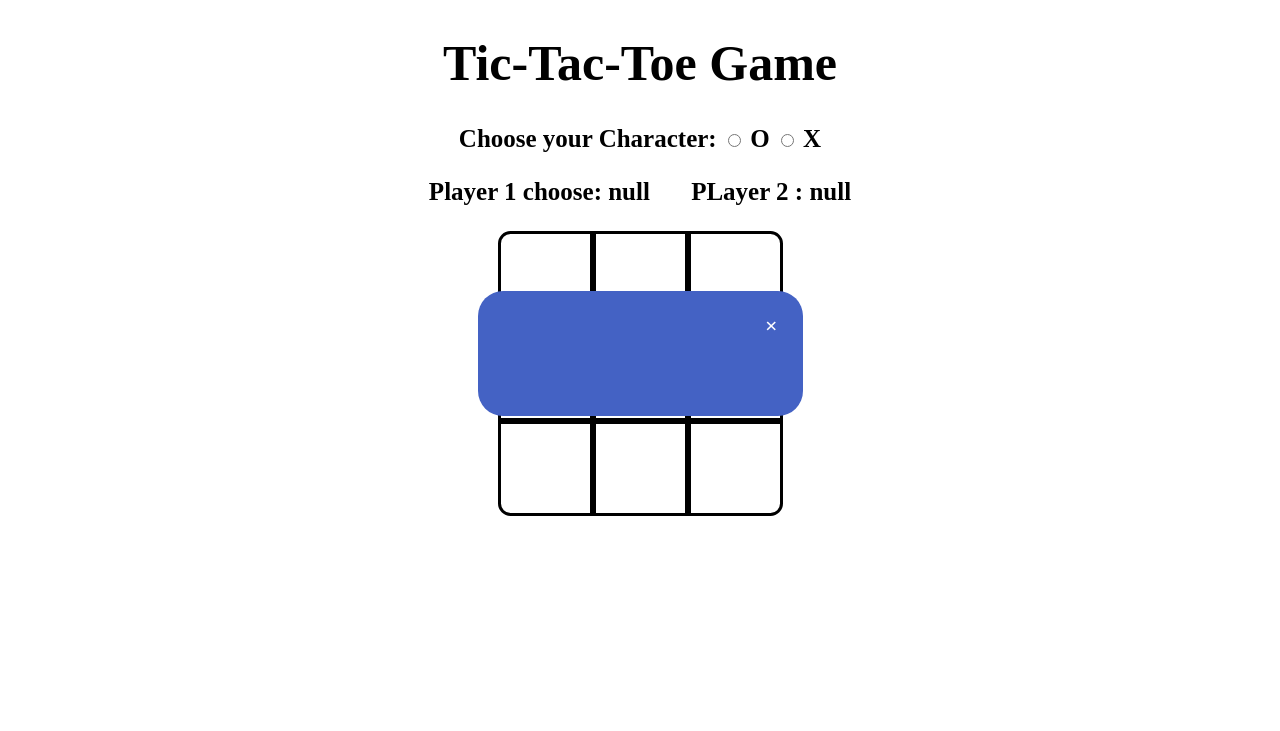
Repository: 0101chaitanya/Tic-Tac-Toe
Page: index.html
An editor plug-in stored every save of this project. The page is shown before and after a run of saves, followed by the edit.
The browser window is 1280 px wide. The pictures show the whole page.

Above is the page before, as saved 2021-06-12 12:15:41.

After the next 2 saves:
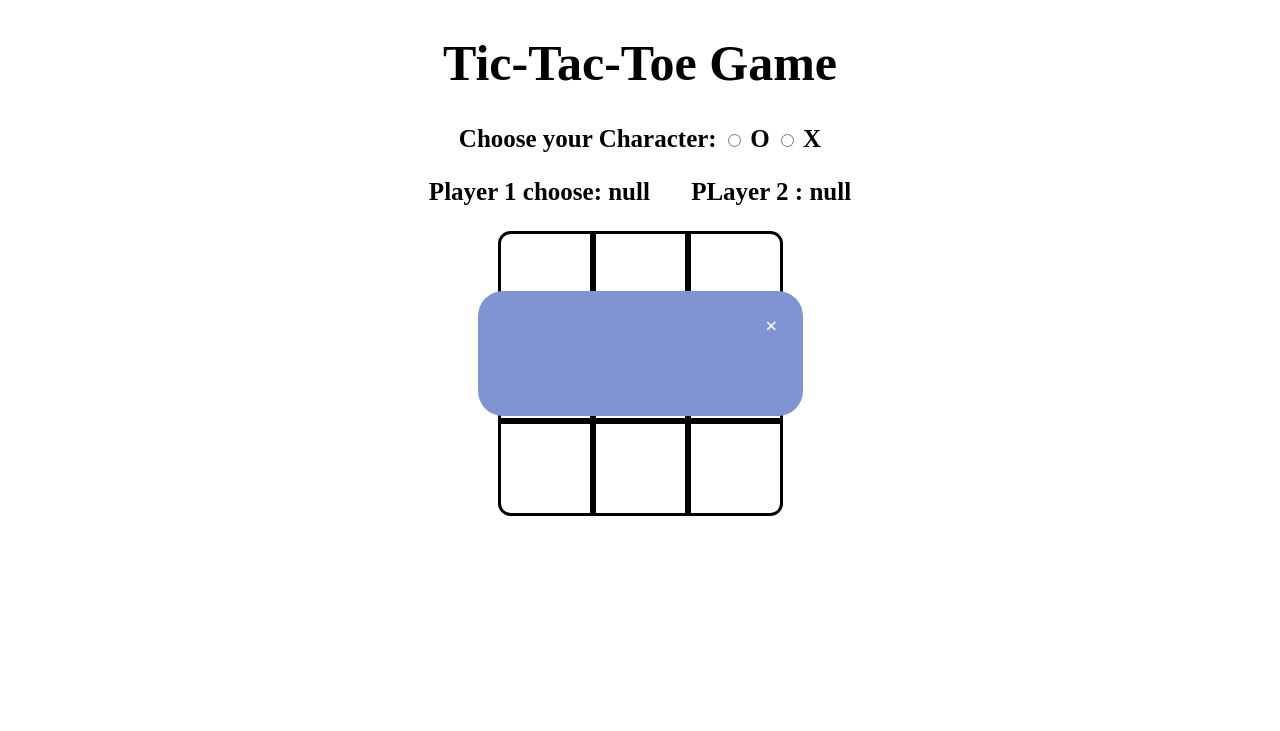
The 2 saves are shown as one change because they came seconds apart.
The last was saved 12 s later.
--- a/styles.css
+++ b/styles.css
@@ -103,7 +103,7 @@ label>input {
     position: relative;
     top: -12rem;
     border-color: rgb(162, 162, 192);
-    background-color: rgb(68, 98, 196);
+    background-color: rgb(128, 148, 211);
     color: white;
     opacity: 1;
     transition: opacity 0.6s;
@@ -113,7 +113,7 @@ label>input {
 }
 
 #resultOut {
-    color: #be613c;
+    color: #be3c5c;
 }
 
 #closebtn {
